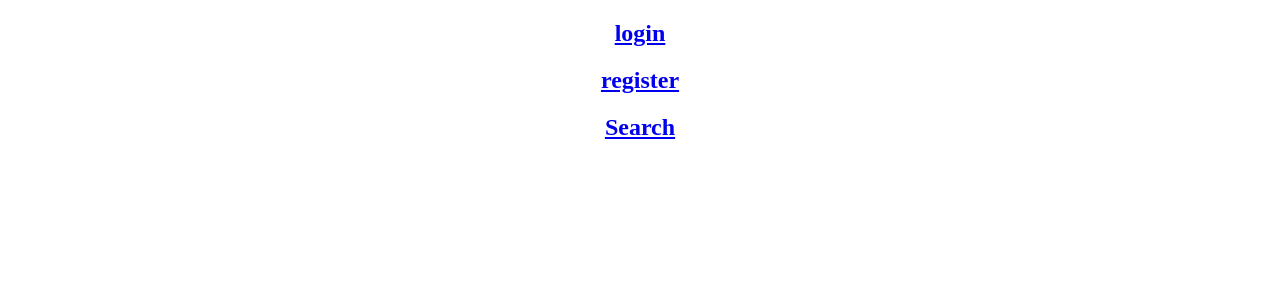
Repository: Hashim-Ansari-82/Servlet-And-JSP
Page: FirstServletDemo/src/main/webapp/index.html
An editor plug-in stored every save of this project. The page is shown before and after the next save, followed by the edit.
The browser window is 1280 px wide. The pictures show the whole page.

Above is the page before, as saved 2026-06-01 20:38:26.

After the next save:
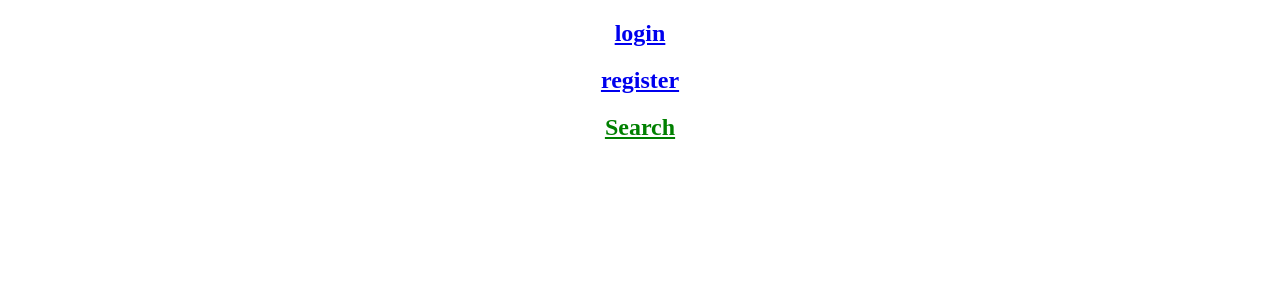
Saved 15 s later.
--- a/FirstServletDemo/src/main/webapp/index.html
+++ b/FirstServletDemo/src/main/webapp/index.html
@@ -13,7 +13,7 @@
 <a href="user/register.html"> register</a>
 </h2>
 <h2 style="text-align:center">
-<a href="user/search.html" color:green> Search</a>
+<a href="user/search.html" style="color:green"> Search</a>
 </h2>
 
 </body>

After the save that followed:
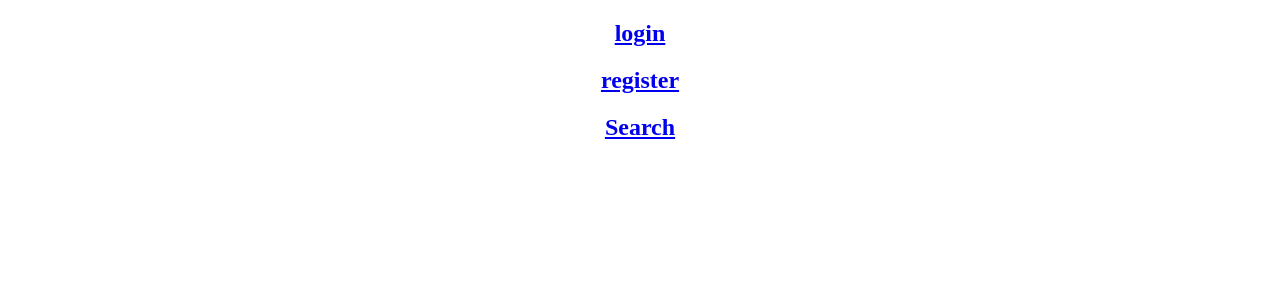
Saved 19 s later.
--- a/FirstServletDemo/src/main/webapp/index.html
+++ b/FirstServletDemo/src/main/webapp/index.html
@@ -13,7 +13,7 @@
 <a href="user/register.html"> register</a>
 </h2>
 <h2 style="text-align:center">
-<a href="user/search.html" style="color:green"> Search</a>
+<a href="user/search.html"> Search</a>
 </h2>
 
 </body>
